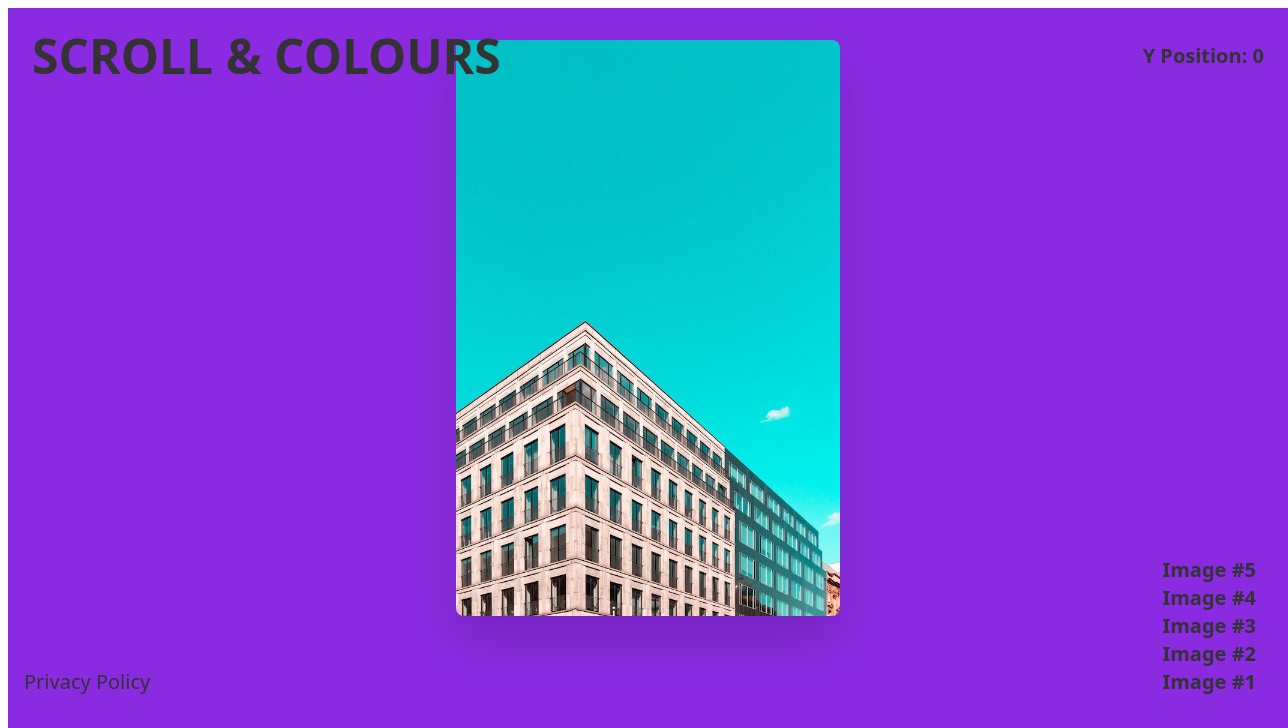
Repository: chelle-c/smooth-scroll-colours
Page: /
The author's editor kept a copy of each file at every save. The page is drawn from the files as they stood at one save, then again after the next save.
The browser window is 1280 px wide. The page is 1288 px wide, so the pictures cover 1288 px, including what lies to the right of the window. The pictures show the whole page.
An inner scrolling area shows only its first screen. The project was rebuilt for these pictures with package versions that can differ from the ones it lists, and the page was loaded fresh each time. Imported but missing from the stored project, and not drawn on this page: images.

Above is the page before, as saved 2022-09-27 20:22:55.

### src/App.svelte
<script>
	import '/images/';
	import { fade } from 'svelte/transition';

	let sections = [
		{ id: 1, image: 'red', alt: '', colour: '#00c1b5' },
		{ id: 2, image: 'blue', alt: '', colour: '#ff651a' },
		{ id: 3, image: 'yellow', alt: '', colour: '#ffbe00' },
		{ id: 4, image: 'orange', alt: '', colour: '#1d3fbb' },
		{ id: 5, image: 'turquoise', alt: '', colour: '#e30512' },
	];

	let box;
	let yTop = 0
	let yHeight = 0

	function parseScroll() {
		yTop=box.scrollTop
		yHeight=box.scrollHeight
	}

	const colours = sections.map(section => section.colour);
	let backgroundColour = '#00c1b5';

	let setColour = () => {

	}
</script>

<main
	class="min-w-full min-h-screen flex flex-col scrollsnap-container scroll-smooth"
	bind:this={box}
	on:scroll={parseScroll}
	on:mousemove={parseScroll}
>
	<div
		class="min-w-full p-6 flex flex-row justify-between items-center z-10 absolute"
	>
		<div>
			<h1 class="font-sans font-bold text-5xl uppercase">
				Scroll & Colours
			</h1>
		</div>
		<div class="font-sans font-bold text-xl">Y Position: {yTop}</div>
	</div>

	{#each [...sections].reverse() as { id, image, alt, colour }}
		<section
			id="section{id}"
			class="flex flex-col justify-center items-center min-w-full min-h-screen justify-center items-center transition-colors snap-always snap-center"
		>
			<div id="background" class="min-w-full min-h-screen z-0 absolute" style="background: blueviolet" />
			<div in:fade class="drop-shadow-2xl">
				<img
					class="w-96 rounded-lg"
					src="/images/image-{image}.jpg"
					{alt}
				/>
			</div>
			<h3 class="font-sans font-bold text-2xl p-6">Image #{id}</h3>
		</section>
	{/each}

	<div
		class="min-w-full p-6 flex flex-row justify-between items-end z-100 absolute bottom-0 left-0 pointer-events-none"
	>
		<div class="font-sans text-xl pointer-events-auto">Privacy Policy</div>
		<div class="font-sans font-semibold text-xl pointer-events-auto">
			<ul>
				<li><a href="#section5">Image #5</a></li>
				<li><a href="#section4">Image #4</a></li>
				<li><a href="#section3">Image #3</a></li>
				<li><a href="#section2">Image #2</a></li>
				<li><a href="#section1">Image #1</a></li>
			</ul>
		</div>
	</div>
</main>

<style global lang="postcss">
	@tailwind base;
	@tailwind components;
	@tailwind utilities;

	:global(body) {
		margin: 0;
		padding: 0;
	}

	a,
	a:visited {
		color: inherit;
	}

	section {
		display: flex;
		justify-content: center;
		align-items: center;
		width: 100vw;
		height: 100vh;
		scroll-snap-align: start;
		position: relative;
		background: inherit;
		transition: background-color 1s linear;
	}

	.scrollsnap-container {
		display: flex;
		flex-direction: column;
		width: 100vw;
		height: 100vh;
		margin: 0;
		padding: 0;
		overflow-x: hidden;
		overflow-y: scroll;
		scroll-snap-type: y mandatory;
		scroll-snap-type: mandatory; /* for older browsers */
		scroll-snap-points-y: repeat(100vh); /* for older browsers */
		scrollbar-width: none;
		background: transparent;
	}
</style>

### tailwind.config.js
/** @type {import('tailwindcss').Config} */
const production = process.env.NODE_ENV !== 'development'
module.exports = {
	future: {
		purgeLayersByDefault: true,
		removeDeprecatedGapUtilities: true,
	},
	purge: {
		content: ['./src/**/*.svelte'],
		enabled: production, // disable purge in dev
	},
	content: [],
	theme: {
		extend: {},
	},
	plugins: [],
};

### public/global.css
html, body {
	position: relative;
	width: 100%;
	height: 100%;
}

body {
	color: #333;
	margin: 0;
	padding: 8px;
	box-sizing: border-box;
	font-family: -apple-system, BlinkMacSystemFont, "Segoe UI", Roboto, Oxygen-Sans, Ubuntu, Cantarell, "Helvetica Neue", sans-serif;
}

a {
	color: rgb(0,100,200);
	text-decoration: none;
}

a:hover {
	text-decoration: underline;
}

a:visited {
	color: rgb(0,80,160);
}

label {
	display: block;
}

input, button, select, textarea {
	font-family: inherit;
	font-size: inherit;
	-webkit-padding: 0.4em 0;
	padding: 0.4em;
	margin: 0 0 0.5em 0;
	box-sizing: border-box;
	border: 1px solid #ccc;
	border-radius: 2px;
}

input:disabled {
	color: #ccc;
}

button {
	color: #333;
	background-color: #f4f4f4;
	outline: none;
}

button:disabled {
	color: #999;
}

button:not(:disabled):active {
	background-color: #ddd;
}

button:focus {
	border-color: #666;
}

Loaded but not shown: public/index.html (common file); src/main.js (common file)

After the next save:
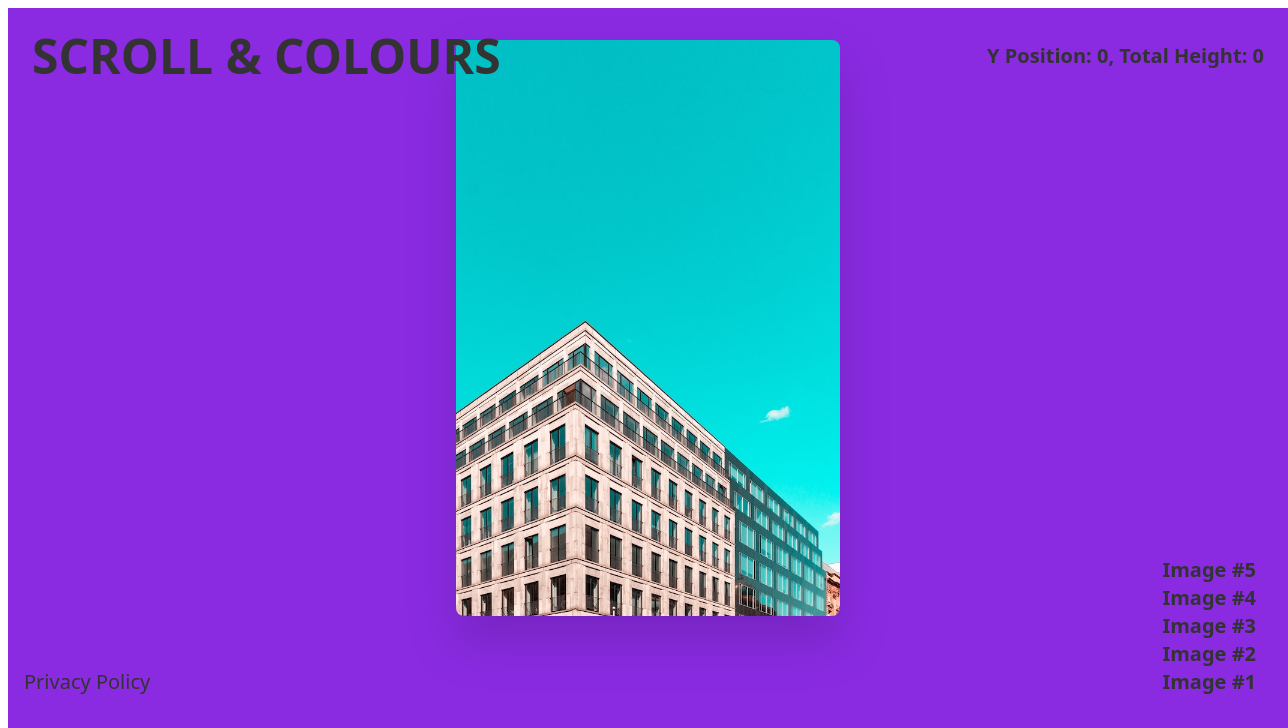
Saved 37 s later.
--- a/src/App.svelte
+++ b/src/App.svelte
@@ -41,7 +41,7 @@
 				Scroll & Colours
 			</h1>
 		</div>
-		<div class="font-sans font-bold text-xl">Y Position: {yTop}</div>
+		<div class="font-sans font-bold text-xl">Y Position: {yTop}, Total Height: {yHeight}</div>
 	</div>
 
 	{#each [...sections].reverse() as { id, image, alt, colour }}
